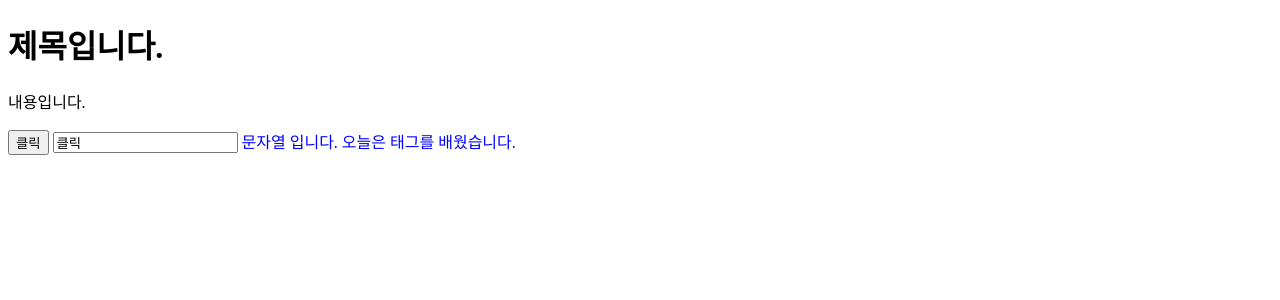
Repository: sungken/htmlProject
Page: ClientTest/src/main/webapp/html/ex03_basic.html
The author's editor kept a copy of each file at every save. The page is drawn from the files as they stood at one save, then again after the next save.
The browser window is 1280 px wide. The pictures show the whole page.

Above is the page before, as saved 2024-03-12 06:39:07.

### ClientTest/src/main/webapp/html/ex03_basic.html
<!DOCTYPE html>
<html>
<head>
<meta charset="UTF-8">
<title>Insert title here</title>
</head>
<body>
	<!-- ex03_basic.html -->
	<!--

	1. 태그(Tag) / 요소(Element)
	2. 속성(Attributy)
	3. 텍스트(PCDATA)
	-------------------------------------------------------- 많이 쓰임
	4. 주석(Comment)
	-------------------------------------------------------- 어느정도 쓰임
	5. 선언문(Declaration)
	6. 엔티티(Entity)
	7. 외부요소
	8. 등등

	1. 태그(Tag) / 요소(Element)
	- 명령어를 <>로 묶어놓은 요소
	- HTML 문법의 주요 요소
	- HTML 문서의 골격(뼈대)를 만드는 역할(레어아웃을 잡는 역할)
	- 데이터(문자열, 이미지 등)을 출력하는 역할
	- 각 태그마다 역할 부여 > 출력되는 형태 or 기능이 다르다.

	1.1 HTML 태그 표현 방식
		a. <태그명> 내용물 영역</태그명>
		- 쌍태그
		- <태그명>: 시작태그
		- </태그명>: 끝 태그
		- 영역을 가지는 태그

		b.<태그명>, <태그명></태그명>, <태그명 />
		- 단독태그, 빈태그(Empty Tag)
		- 영역을 가지지 않는 태그

	1.2 태그 내용물 형식, Comtent Type
	- <태그>형식</태그>
		a. 자식 태그
			- 또다른 태그들이 내용물로 구성된다.
			- 문자열은 올 수 없다.
		b. PCDATA, Parsed Charater Data
			- 문자열만 올 수 있다.
			- 자식 태그를 가질 수 없다.
		c. Empty
			- 아무것도 가지지 않는다. > 빈태그, 단독 태그
		d. Mixed, 혼합형
			- 자식으로 태그와 문자열이 모두 올 수 있다.
			- a + b + c
			- HTML 태그의 대부분의 태그는 혼합형이다.

	2. 속성(Attributy)
	- 태그가 가지는 데이터의 한 종류
	- 태그의 성질을 정의하는 요소
	- 표기법
		a. <시작태그 속성명="값"></끝태그>
		   <시작태그 속성명="값" 속성명="값" 속성명="값"></끝태그>
		b. <단독태그 속성명="값">
		c. <시작태그 속성명="값"></끝태그>: 사용O
		d. <시작태그 속성명='값'></끝태그>: 사용O
		e. <시작태그 속성명=값></끝태그>: 사용X -- 코드관리할때 문제가 많음

	3. 텍스트(PCDATA)
	- 태그가 가지는 데이터
	- 시작태그와 끝태그 사이의 모든 문자열
	- 용도: 화면에 출력하는 데이터


	6. 엔티티(Entity)
	- 브라우저와 정해진 약속이 되어있는 표현
		> 소스상에 약속된 표현을 작성하면 브라우저는 화면에 출력하기 전에 약속된 표현으로 바꿔서 출력한다.
		> Built-in Entity
	- A > B
	- &nbsp; -> 공백 1개
	- &lt; -> (<)
	- &gt; -> (>)

	 -->
	<h1>제목입니다.</h1>
	<p>내용입니다.</p>
	<input type="button"
		   value="클릭">

	<input type="chackbox"
		   value="클릭">

	<font color="blue">문자열 입니다.</font>
	<font color="blue">오늘은 <font>태그를 배웠습니다.</font>

</body>
</html>

After the next save:
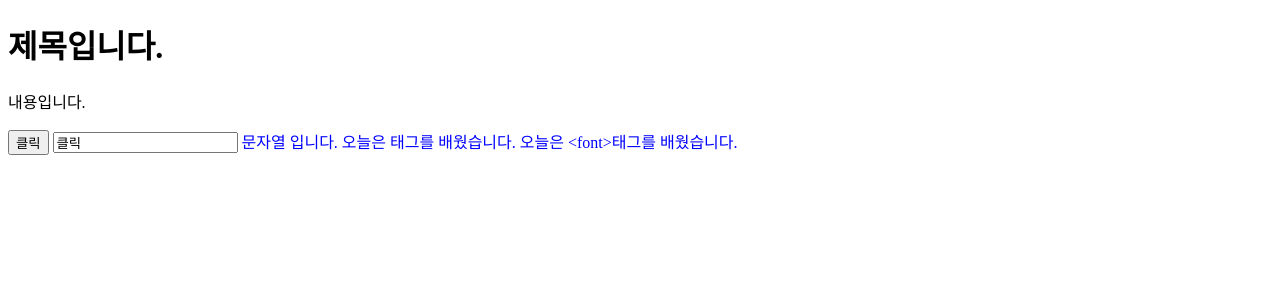
Saved 36 s later.
--- a/ClientTest/src/main/webapp/html/ex03_basic.html
+++ b/ClientTest/src/main/webapp/html/ex03_basic.html
@@ -89,6 +89,7 @@
 
 	<font color="blue">문자열 입니다.</font>
 	<font color="blue">오늘은 <font>태그를 배웠습니다.</font>
+	<font color="blue">오늘은 &lt;font&gt;태그를 배웠습니다.</font>
 
 </body>
 </html>
